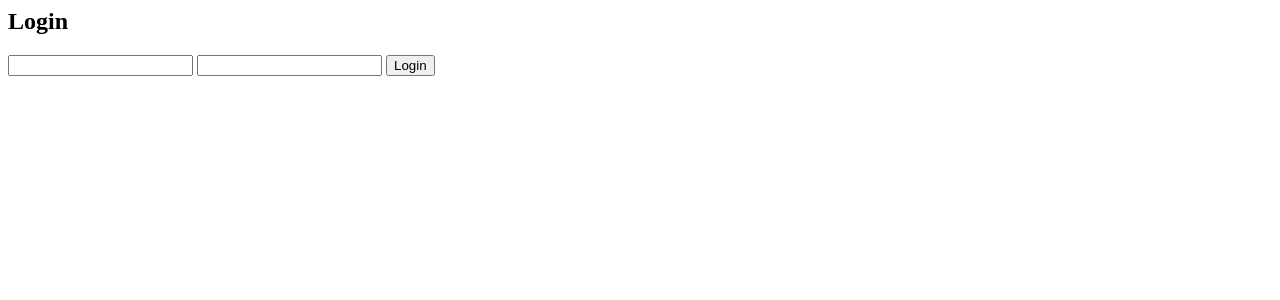
Repository: Hrithik25/Network-Labs
Page: http://localhost/mvcthree/
The author's editor kept a copy of each file at every save. The page is drawn from the files as they stood at one save, then again after the next save.
The browser window is 1280 px wide. The pictures show the whole page.
The page is served by Tomcat 9. Other server files are loaded and not shown.

Above is the page before, as saved 2022-08-19 09:19:55.

### Lab Web/mvcthree/src/main/webapp/index.jsp
<html>
<body>
<h2>Login</h2>
<form action="" method="get">
<input type="text">
<input type="text">
<button type="submit">Login</button>
</form>
</body>
</html>

After the next save:
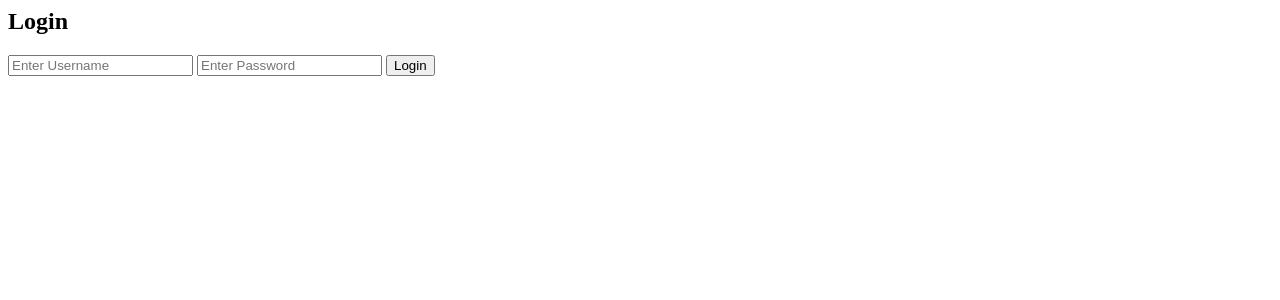
Saved 101 s later.
--- a/Lab Web/mvcthree/src/main/webapp/index.jsp
+++ b/Lab Web/mvcthree/src/main/webapp/index.jsp
@@ -2,8 +2,8 @@
 <body>
 <h2>Login</h2>
 <form action="" method="get">
-<input type="text">
-<input type="text">
+<input type="text" placeholder="Enter Username" name="username">
+<input type="text" placeholder="Enter Password" name="password">
 <button type="submit">Login</button>
 </form>
 </body>
